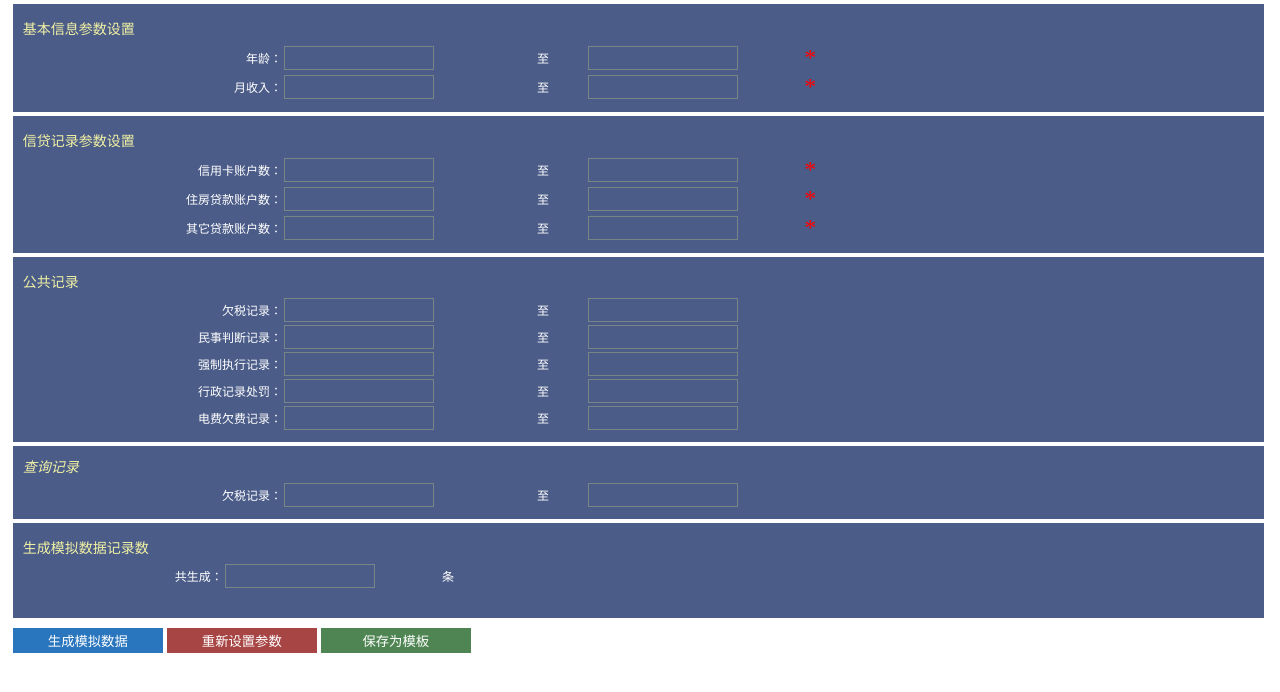
Repository: trieyouth/BigData
Page: http://localhost/BigData/WEB-INF/views/client-credit-analyse-system/data-collect/generateData.jsp
An editor plug-in stored every save of this project. The page is shown before and after the next save, followed by the edit.
The browser window is 1280 px wide. The pictures show the whole page.
The page is served by Tomcat 9. Nobody is signed in. The template is opened directly, without the code that normally fills it, so the values that code supplies are empty.

Above is the page before, as saved 2016-03-07 09:12:56.

After the next save:
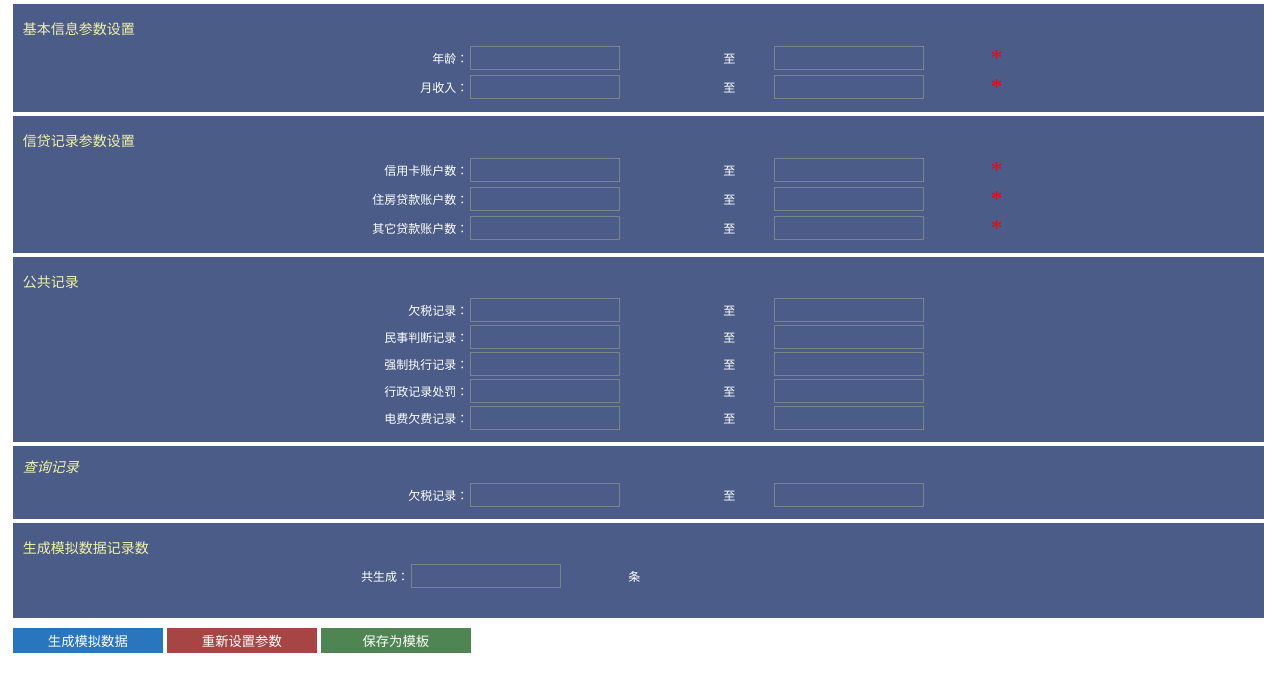
Saved 38 s later.
--- a/BigData/WebRoot/WEB-INF/resources/css/mycss.css
+++ b/BigData/WebRoot/WEB-INF/resources/css/mycss.css
@@ -2,7 +2,7 @@
 /* CSS Document */
 *{
 	padding:0px;
-	margin:0px;
+	margin:0px auto;
 	border:0px;
 }
 #continaer{
